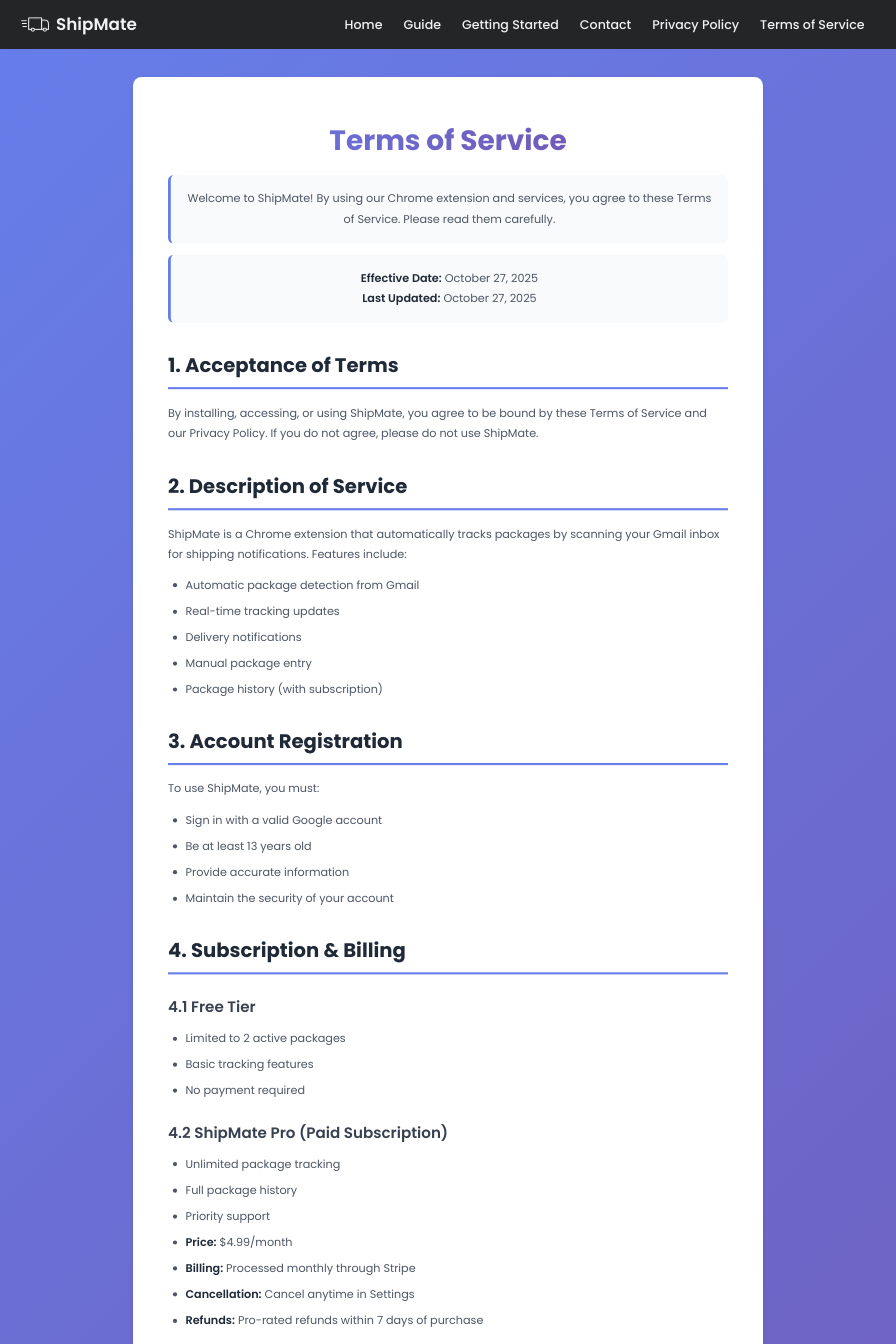
Repository: epeguero8311/shipmate-website
Page: terms.html
An editor plug-in stored every save of this project. The page is shown before and after the next save, followed by the edit.
The browser window is 1280 px wide. The pictures show the part of the page from y = 0 to 1920 px (the page is 4852 px tall), at 70% of full size.

Above is the page before, as saved 2025-12-13 15:30:57.

After the next save:
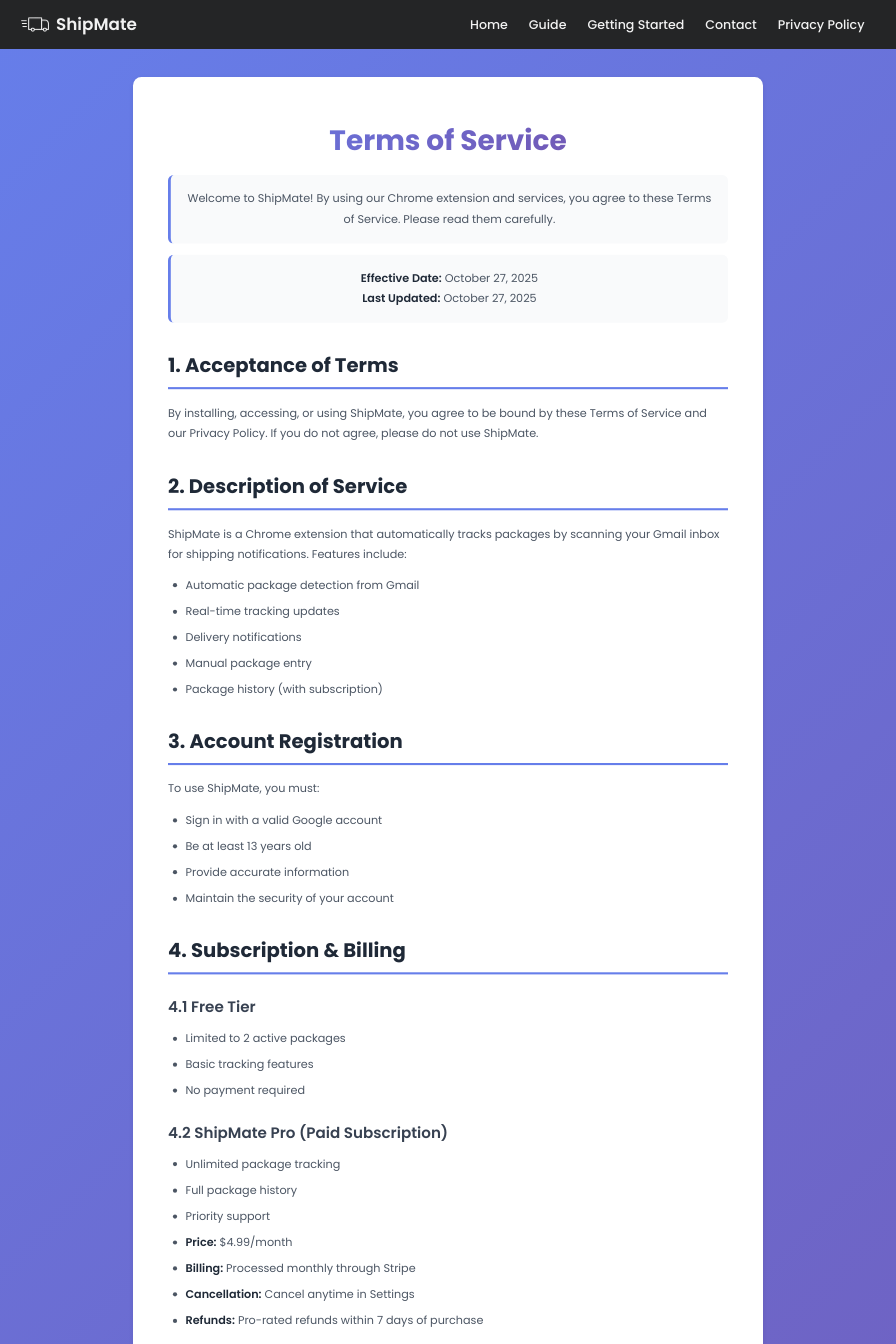
Saved 3 s later.
--- a/terms.html
+++ b/terms.html
@@ -202,7 +202,6 @@
         <li><a href="help.html">Getting Started</a></li>
         <li><a href="contact.html">Contact</a></li>
         <li><a href="privacy.html">Privacy Policy</a></li>
-        <li><a href="terms.html">Terms of Service</a></li>
       </ul>
       <label for="menu-btn" class="btn menu-btn"><i class="fas fa-bars"></i></label>
     </div>
